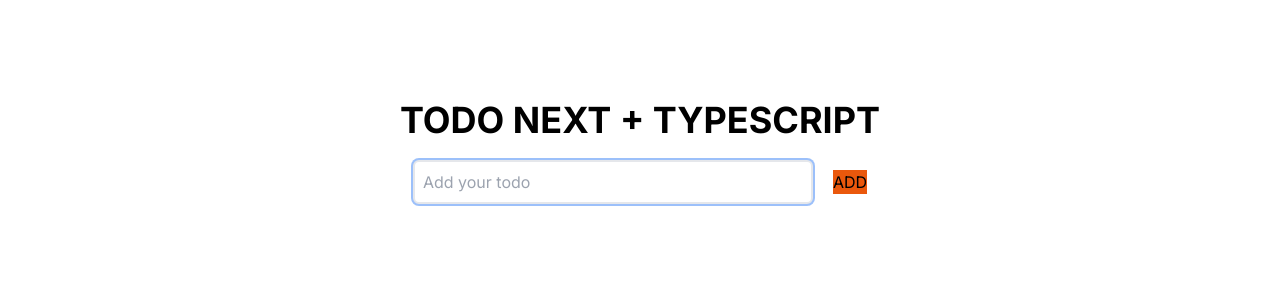
Repository: mehh000/next-ts-todo
Page: /
The author's editor kept a copy of each file at every save. The page is drawn from the files as they stood at one save, then again after the next save.
The browser window is 1280 px wide. The pictures show the whole page.
The project was rebuilt for these pictures with package versions that can differ from the ones it lists, and the page was loaded fresh each time. The framework's server and built-in components were replaced by stand-ins that run in the browser. Also part of the build but not shown: next.config.mjs.

Above is the page before, as saved 2024-06-15 19:53:08.

After the next save:
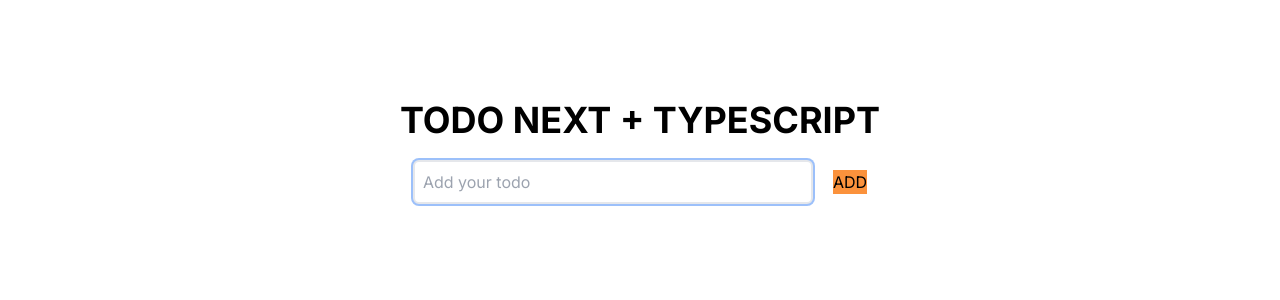
Saved 9 s later.
--- a/src/components/add-todo.tsx
+++ b/src/components/add-todo.tsx
@@ -25,7 +25,7 @@ const AddTODO: React.FC = () => {
         value={todo}
         onChange={(event) => setTodo(event.target.value)}
       />
-      <button type="submit" className=" bg-orange-600 ">
+      <button type="submit" className=" bg-orange-400 ">
         ADD
       </button>
     </form>
